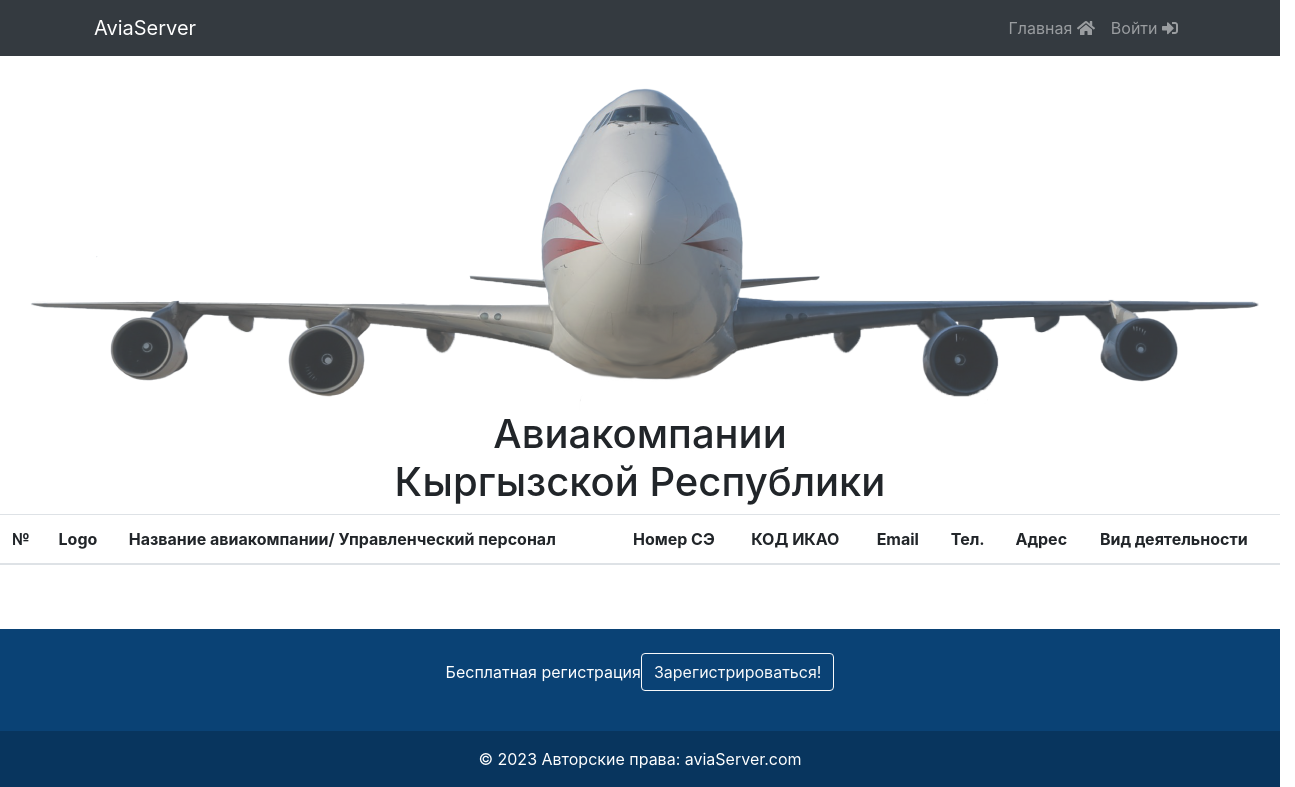
Repository: sulimonn/aviaServer
Page: products/templates/products/index.html
An editor plug-in stored every save of this project. The page is shown before and after the next save, followed by the edit.
The browser window is 1280 px wide. The page is 1295 px wide, so the pictures cover 1295 px, including what lies to the right of the window. The pictures show the whole page.
Some web libraries are served in a nearby version. The template is drawn by Django 4.2. The application's start-up code is not run. Other server files are loaded and not shown. The template is opened directly, without the code that normally fills it, so the values that code supplies are empty.

Above is the page before, as saved 2023-08-13 22:45:22.

### products/templates/products/index.html
{% extends 'products/base.html' %}
{% load static %}
{% block css %}
    <link href="{% static 'css/index.css' %}" rel="stylesheet"/>
{% endblock %}

{% block content  %}
<br><br>

<div class="d-flex">
    <img class="m-auto" src="/media/img/carusel.png">
</div>
<div>
    <h1 align="center">Авиакомпании <br> Кыргызской Республики</h1>
</div>
<table class="table">
  <thead>
    <tr>
      <th scope="col">№</th>
      <th scope="col">Logo</th>
      <th scope="col">Название авиакомпании/
Управленческий  персонал</th>
      <th scope="col">Номер СЭ</th>
      <th scope="col">КОД ИКАО</th>
      <th scope="col">Email</th>
      <th scope="col">Тел.</th>
      <th scope="col">Адрес</th>
      <th scope="col">Вид деятельности</th>


    </tr>
  </thead>
    {% for company in companies %}


  <tbody>
    <tr>
      <th scope="row">{{ company.id }}</th>
      <td><img class="card-img-top" src="/media/{{ company.image }}" ></td>
      <td>{{ company.name }}</td>
      <td>{{ company.number }}</td>
      <td>{{ company.code }}</td>
      <td>{{ company.email }}</td>
      <td>{{ company.phone1 }} {{ company.phone2 }}</td>
      <td>{{ company.address }}</td>
      <td>{{ company.kind_of_activity }}</td>
    </tr>

  </tbody>
    {% endfor %}
</table>


{% endblock %}

### products/templates/products/base.html
{% load static %}
<!DOCTYPE html>
<html lang="en">

<head>

    <meta charset="utf-8">
    <meta name="viewport" content="width=device-width, initial-scale=1, shrink-to-fit=no">
    <meta name="description" content="">
    <meta name="author" content="">

    <title>{{ title | title }}</title>

    <!-- Bootstrap core CSS -->
    <link href="{% static 'vendor/bootstrap/css/bootstrap.min.css' %}" rel="stylesheet">
    <link href="{% static 'css/auth.css' %}" rel="stylesheet"/>

    <script src="https://cdnjs.cloudflare.com/ajax/libs/font-awesome/5.15.1/js/all.min.js"
            crossorigin="anonymous"></script>
    <!-- Custom styles for this template -->
</head>

<body>

<!-- Navigation -->
<nav class="navbar navbar-expand-lg navbar-dark bg-dark fixed-top">
    <div class="container">
        <a class="navbar-brand" href="index.html">AviaServer</a>
        <button class="navbar-toggler" type="button" data-toggle="collapse" data-target="#navbarResponsive"
                aria-controls="navbarResponsive" aria-expanded="false" aria-label="Toggle navigation">
            <span class="navbar-toggler-icon"></span>
        </button>
        <div class="collapse navbar-collapse" id="navbarResponsive">
            <ul class="navbar-nav ml-auto">
                <li class="nav-item">
                    <a class="nav-link" href="#">Главная <i class="fas fa-home"></i> </a>
                </li>
                {% if user.is_authenticated %}
                <li class="nav-item">
                    <a class="nav-link" href="{% url 'users:profile' %}">{{ user.username }} <i class="fas fa-user-circle"></i>
                    </a>
                </li>
               <li class="nav-item">
                    <a class="nav-link" href="{% url 'users:logout' %}">Выйти <i class="fas fa-sign-out-alt"></i></a>
                </li>

                {% else %}
                <li class="nav-item">
                    <a class="nav-link" href="{% url 'users:login' %}">Войти <i class="fas fa-sign-in-alt"></i></a>
                </li>


                {% endif %}


            </ul>
        </div>
    </div>
</nav>
{% block content  %}
{% endblock %}
<br>
<br>
<!--footer-->
<section class="">
  <!-- Footer -->
  <footer class="text-center text-white" style="background-color: #0a4275;">
    <!-- Grid container -->
    <div class="container p-4 pb-0">
      <!-- Section: CTA -->
      <section class="">
        <p class="d-flex justify-content-center align-items-center">
          <span class="me-3">Бесплатная регистрация</span>
          <button type="button" class="btn btn-outline-light btn-rounded">
            Зарегистрироваться!
          </button>
        </p>
      </section>
      <!-- Section: CTA -->
    </div>
    <!-- Grid container -->

    <!-- Copyright -->
    <div class="text-center p-3" style="background-color: rgba(0, 0, 0, 0.2);">
      © 2023 Авторские права:
      <a class="text-white" href="https://mdbootstrap.com/">aviaServer.com</a>
    </div>
    <!-- Copyright -->
  </footer>
  <!-- Footer -->
</section>


<!-- Bootstrap core JavaScript -->
<script src="{% static 'vendor/jquery/jquery.min.js' %}"></script>
<script src="{% static 'vendor/bootstrap/js/bootstrap.bundle.min.js' %}"></script>

<!-- FontAwesome script -->
<script src="{% static 'vendor/fontawesome/fontawesome-icons.js' %}" crossorigin="anonymous"></script>

</body>

</html>

Loaded but not shown: static/css/auth.css (library)

After the next save:
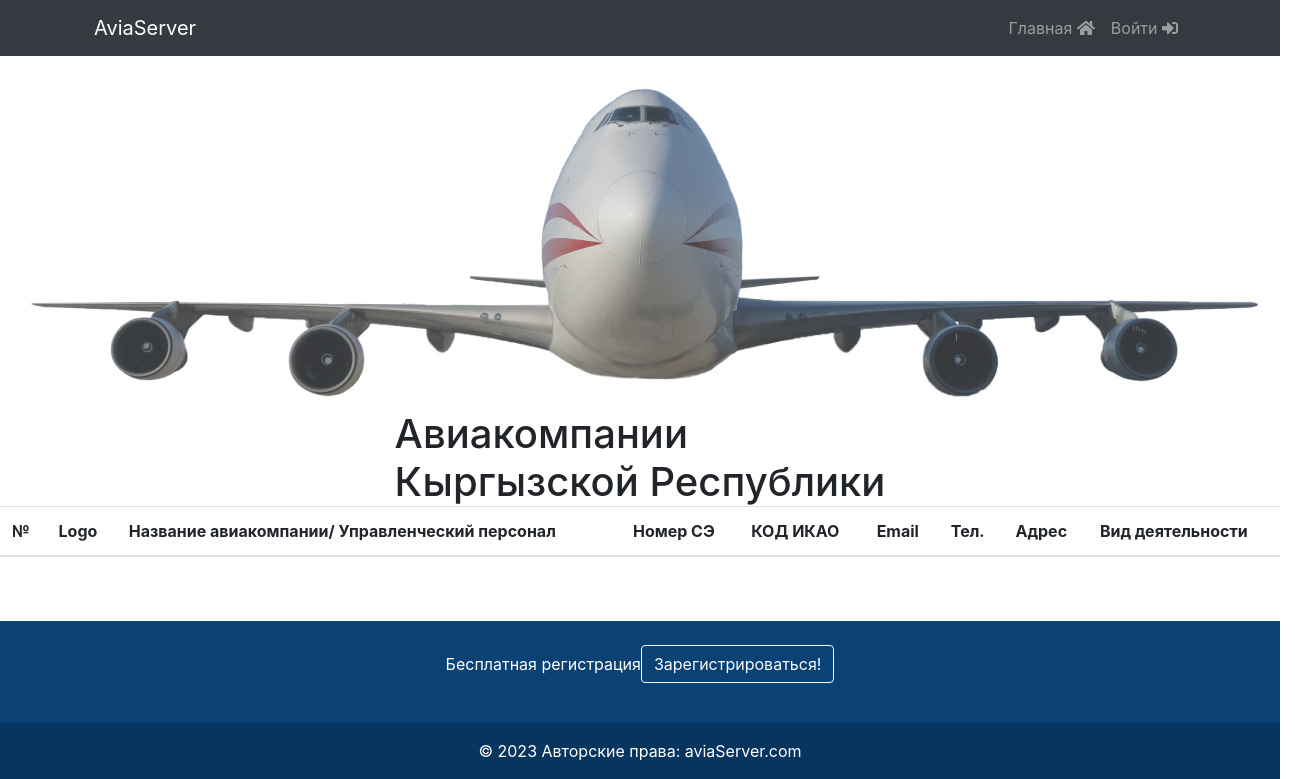
Saved 80 s later.
--- a/products/templates/products/index.html
+++ b/products/templates/products/index.html
@@ -10,8 +10,8 @@
 <div class="d-flex">
     <img class="m-auto" src="/media/img/carusel.png">
 </div>
-<div>
-    <h1 align="center">Авиакомпании <br> Кыргызской Республики</h1>
+<div class="d-flex">
+    <h1 class="m-auto">Авиакомпании <br> Кыргызской Республики</h1>
 </div>
 <table class="table">
   <thead>
